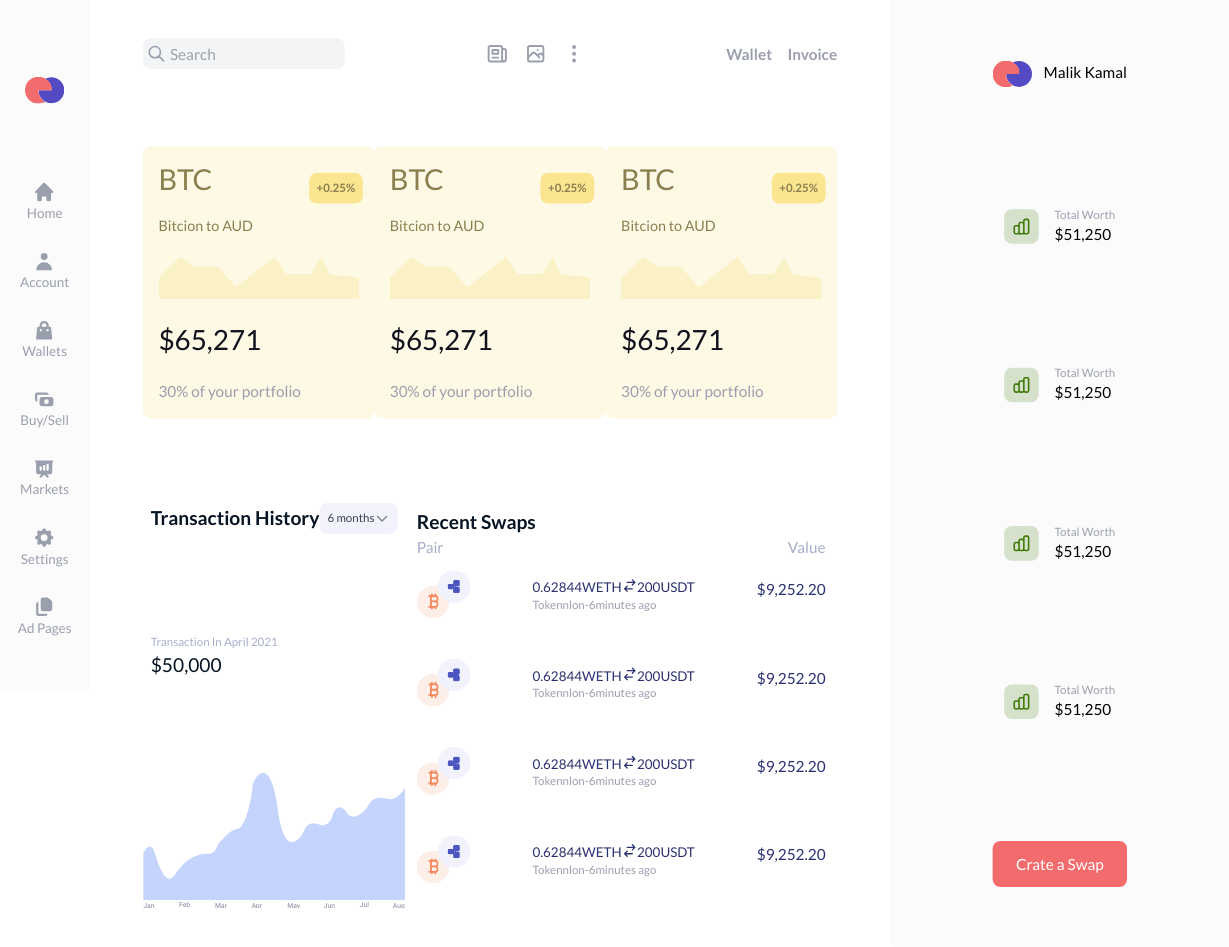
Repository: almaqdad55/crypto-app-nextjs
Page: /
These files come from the project's save history. The page is drawn as it stood at one moment and after the next save; the edit follows.
The browser window is 1280 px wide. The pictures show the whole page, at 96% of full size.
The project was rebuilt for these pictures with package versions that can differ from the ones it lists, and the page was loaded fresh each time. The framework's server and built-in components were replaced by stand-ins that run in the browser.

Above is the page before, as saved 2022-01-04 22:37:34.

After the next save:
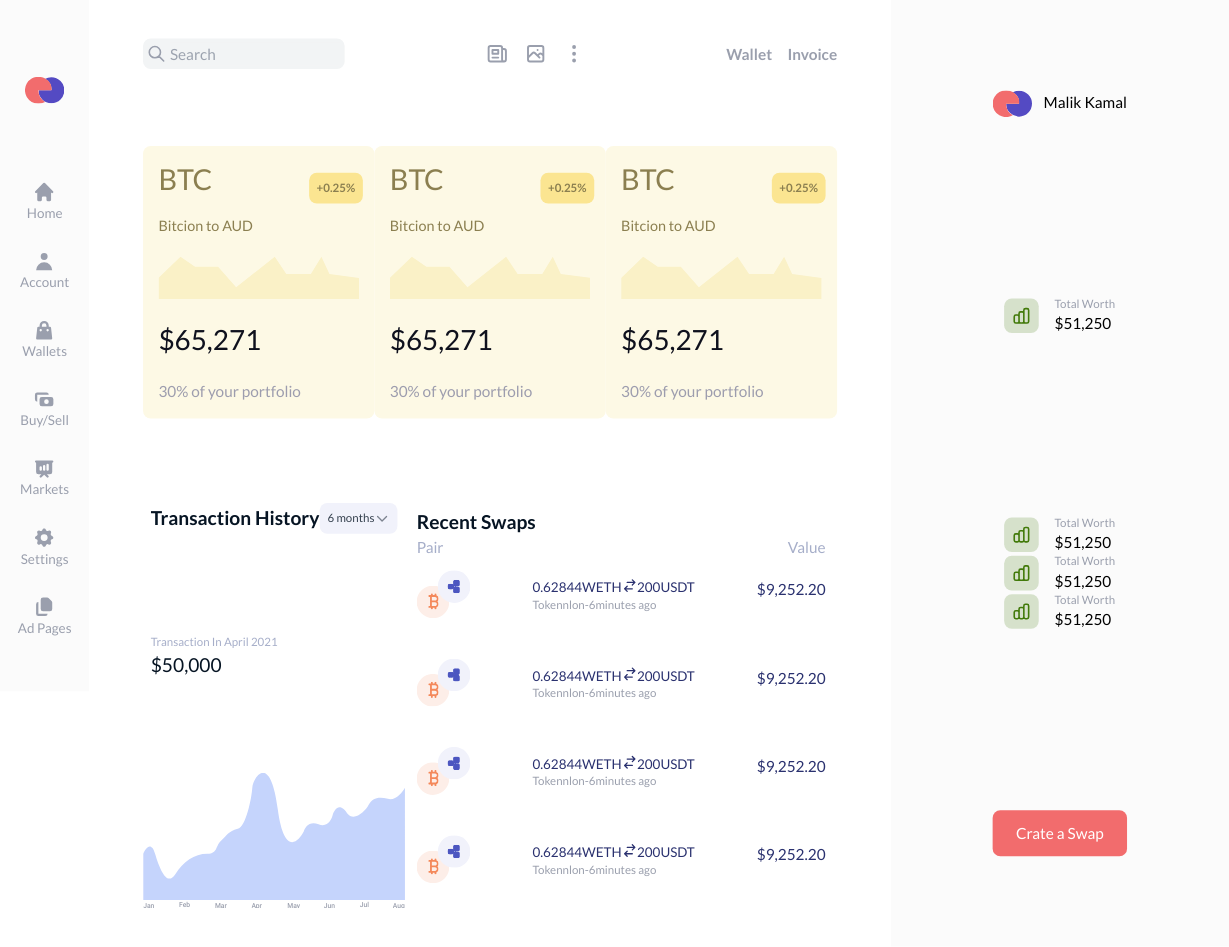
Saved 34 s later.
--- a/components/Widget.jsx
+++ b/components/Widget.jsx
@@ -15,10 +15,11 @@ const Widget = () => {
         <h2>Malik Kamal</h2>
       </div>
       <StatsDisplay />
-
-      <StatsDisplay />
-      <StatsDisplay />
-      <StatsDisplay />
+      <div>
+        <StatsDisplay />
+        <StatsDisplay />
+        <StatsDisplay />
+      </div>
 
       <Button />
     </div>
